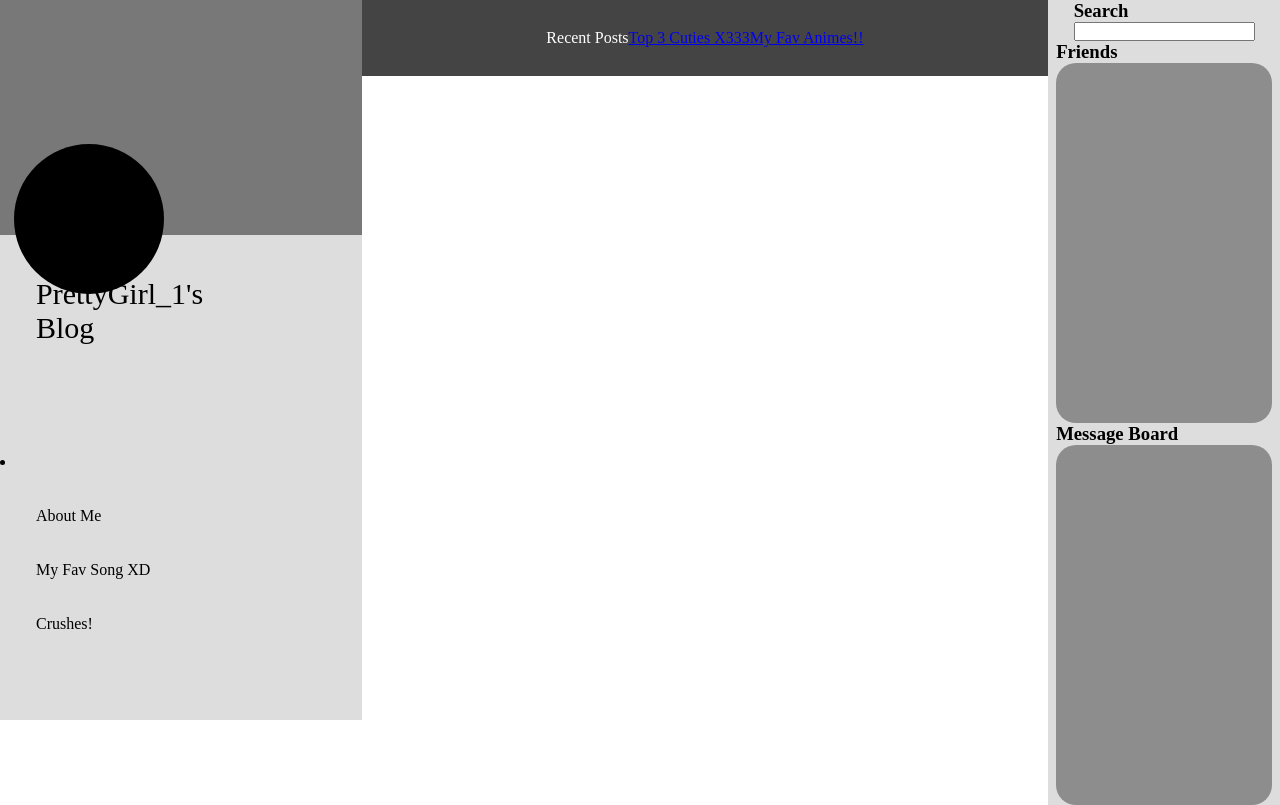
Repository: Jennica1/Frontend-Final
Page: index.html
An editor plug-in stored every save of this project. The page is shown before and after the next save, followed by the edit.
The browser window is 1280 px wide. The pictures show the whole page.

Above is the page before, as saved 2024-05-16 20:12:45.

After the next save:
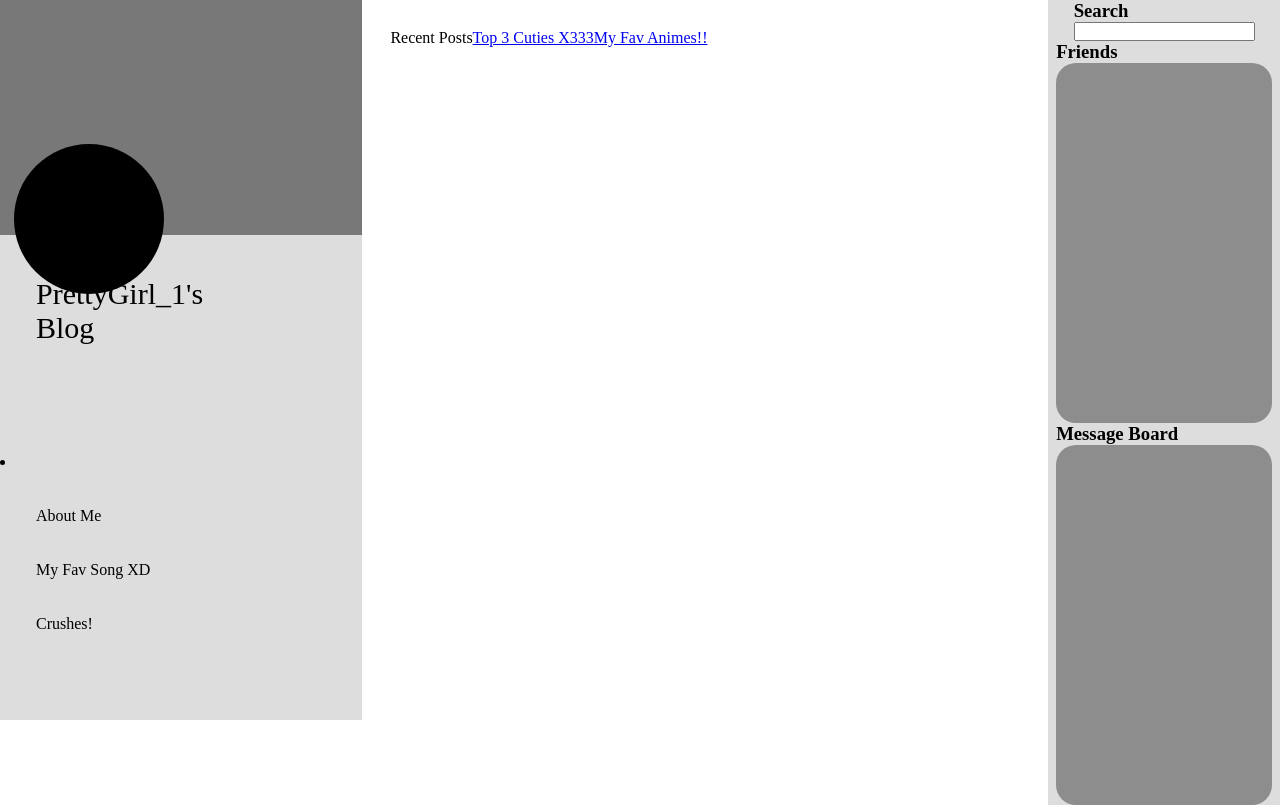
Saved 17 s later.
--- a/style.css
+++ b/style.css
@@ -85,12 +85,6 @@
   align-items: center;
 }
 
-.header {
-  background-color: #444444;
-  color: #ffffff;
-  display: flex;
-  justify-content: center;
-}
 
 .friends-list {
 height: auto;

After the save that followed:
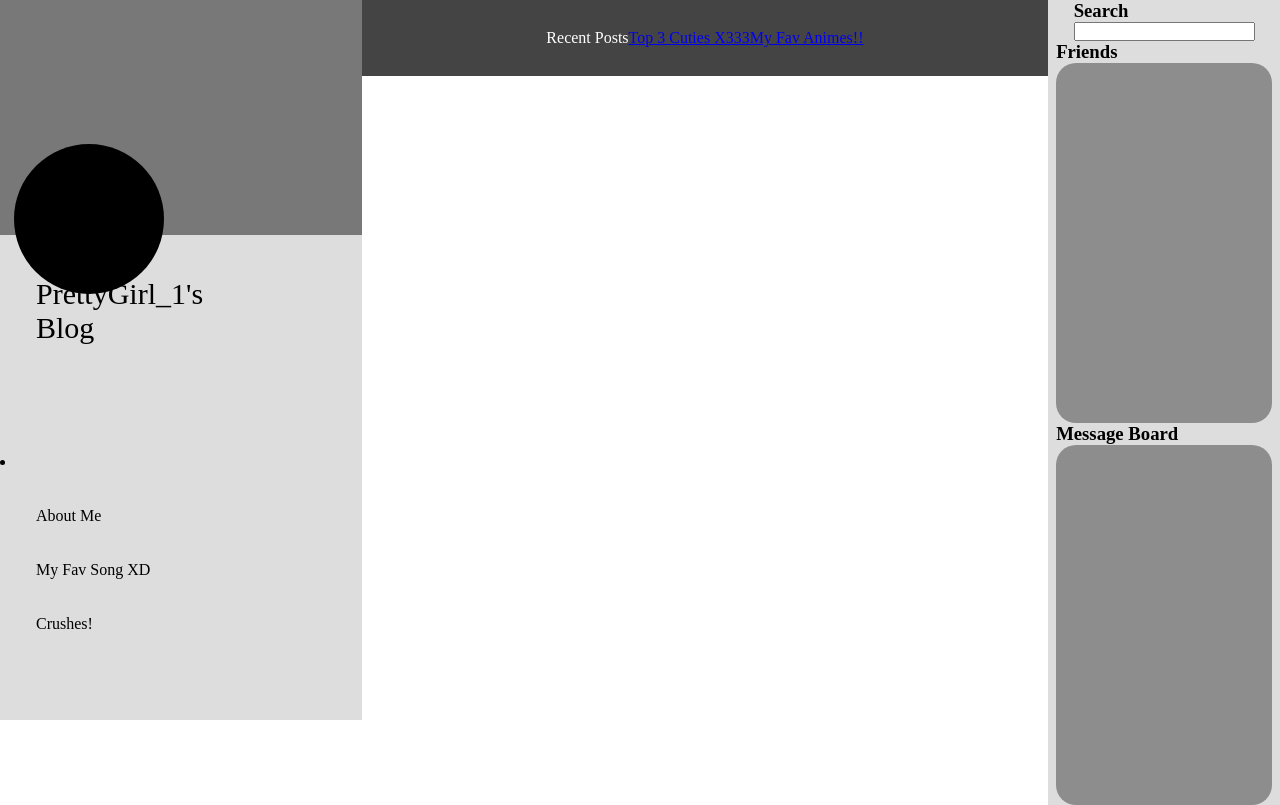
Saved 5 s later.
--- a/style.css
+++ b/style.css
@@ -112,6 +112,13 @@
 
 }
 
+.header {
+  background-color: #444444;
+  color: #ffffff;
+  display: flex;
+  justify-content: center;
+}
+
 .main-content {
   width: 100%;
 }
